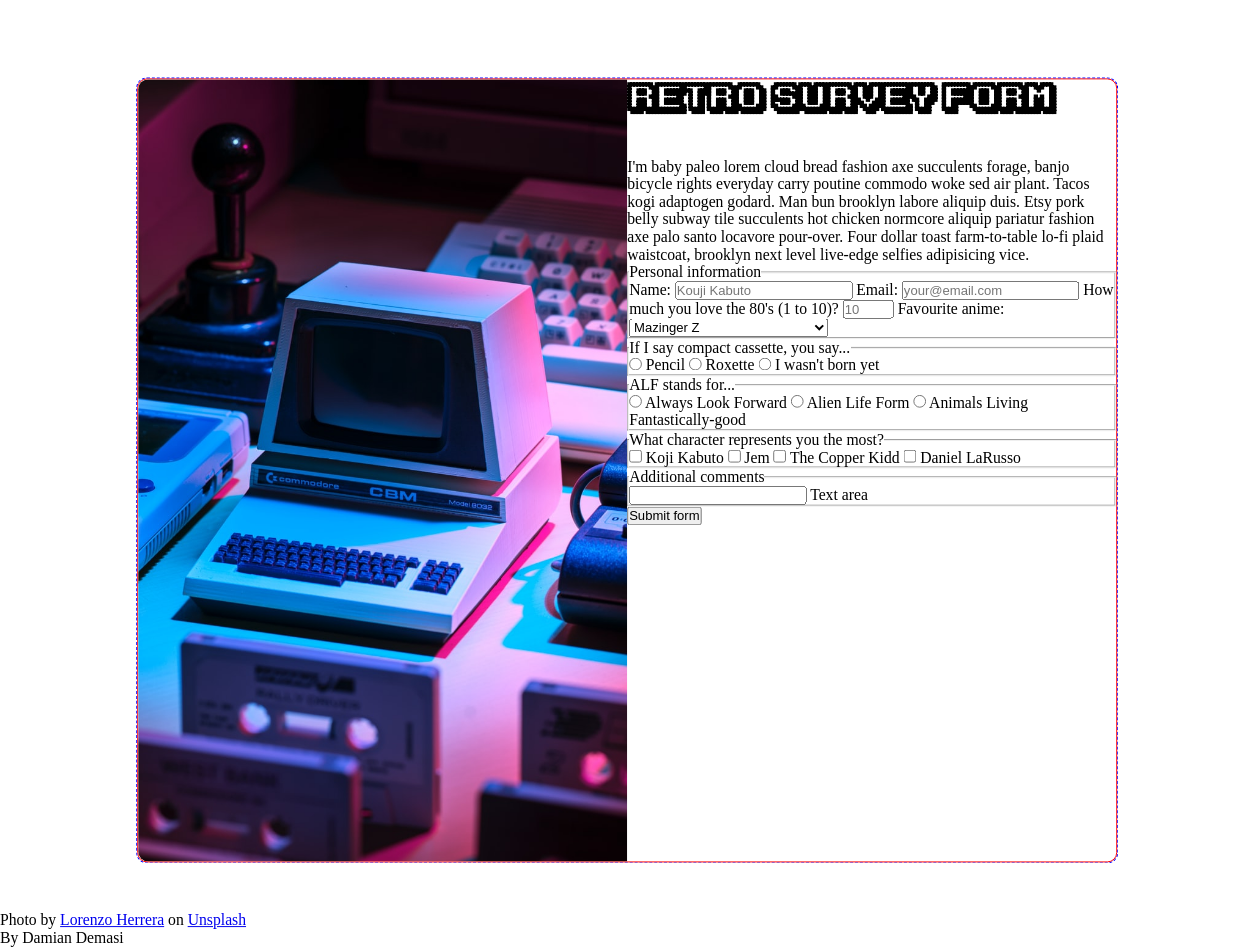
Repository: Colo-Codes/freecodecamp-02-Build-a-Survey-Form
Page: index.html
These files come from the project's save history. The page is drawn as it stood at one moment and after the next save; the edit follows.
The browser window is 1280 px wide. The pictures show the whole page, at 98% of full size.

Above is the page before, as saved 2021-05-18 13:26:40.

### index.html
<!DOCTYPE html>
<html lang="en">

<head>
    <meta charset="UTF-8">
    <meta http-equiv="X-UA-Compatible" content="IE=edge">
    <meta name="viewport" content="width=device-width, initial-scale=1.0">
    <link rel="stylesheet" href="./resources/css/index.css" type="text/css">
    <title>Retro Survey Form</title>
</head>

<body>
    <main id="grid-container">
        <header>
            <h1 id="title">Retro Survey Form</h1>
        </header>
        <section>
            <p id="description">I'm baby paleo lorem cloud bread fashion axe succulents forage, banjo bicycle rights
                everyday carry poutine commodo woke sed air plant. Tacos kogi adaptogen godard. Man bun brooklyn labore
                aliquip duis. Etsy pork belly subway tile succulents hot chicken normcore aliquip pariatur fashion axe
                palo santo locavore pour-over. Four dollar toast farm-to-table lo-fi plaid waistcoat, brooklyn next
                level live-edge selfies adipisicing vice.</p>
            <form action="#" id="survey-form" method="POST">
                <fieldset>
                    <legend>Personal information</legend>
                    <label for="name" id="name-label">
                        Name: <input type="text" id="name" placeholder="Kouji Kabuto" required>
                    </label>
                    <label for="email" id="email-label">
                        Email: <input type="email" id="email" placeholder="your@email.com" required> <!-- validate -->
                    </label>
                    <label for="number" id="number-label">
                        How much you love the 80's (1 to 10)? <input type="number" id="number" placeholder="10" min="1"
                            max="10" required>
                    </label>
                    <label for=""> Favourite anime:
                        <select name="" id="dropdown">
                            <option value="mazinger-z">Mazinger Z</option>
                            <option value="macross-robotech">Macross (Robotech)</option>
                            <option value="crusher-joe">Crusher Joe</option>
                            <option value="momo">Magical Princess Minky Momo</option>
                            <option value="gundam">Mobile Suit Zeta Gundam</option>
                            <option value="dragon-ball">Dragon Ball</option>
                            <option value="galactic-heroes">Legend of the Galactic Heroes</option>
                        </select>
                    </label>
                </fieldset>

                <fieldset>
                    <legend>If I say compact cassette, you say...</legend>
                    <label for="pencil">
                        <input type="radio" name="cassette-match" value="pencil" id="pencil"> Pencil
                    </label>
                    <label for="roxette">
                        <input type="radio" name="cassette-match" value="roxette" id="roxette"> Roxette
                    </label>
                    <label for="not-born">
                        <input type="radio" name="cassette-match" value="not-born" id="not-born"> I wasn't born yet
                    </label>
                </fieldset>
                <fieldset>
                    <legend>ALF stands for...</legend>
                    <label for="always">
                        <input type="radio" name="alf" value="always" id="always"> Always Look Forward
                    </label>
                    <label for="alien">
                        <input type="radio" name="alf" value="alien" id="alien"> Alien Life Form
                    </label>
                    <label for="animals">
                        <input type="radio" name="alf" value="animals" id="animals"> Animals Living Fantastically-good
                    </label>
                </fieldset>
                <fieldset>
                    <legend>What character represents you the most?</legend>
                    <label for="koji">
                        <input type="checkbox" name="character" value="koji" id="koji"> Koji Kabuto
                    </label>
                    <label for="jem">
                        <input type="checkbox" name="character" value="jem" id="jem"> Jem
                    </label>
                    <label for="copper">
                        <input type="checkbox" name="character" value="copper" id="copper"> The Copper Kidd
                    </label>
                    <label for="larusso">
                        <input type="checkbox" name="character" value="larusso" id="larusso"> Daniel LaRusso
                    </label>
                </fieldset>
                <fieldset>
                    <legend>Additional comments</legend>
                    <label for="">
                        <input type="textarea"> Text area
                    </label>
                </fieldset>
                <input type="submit" value="Submit form">
            </form>
        </section>
        <div id="main-image" role="img" aria-label="Retro computers and devices from the 80's under a blue and violet light"></div>
    </main>
    <footer>
        <p>Photo by <a href="https://unsplash.com/@lorenzoherrera?utm_source=unsplash&utm_medium=referral&utm_content=creditCopyText">Lorenzo Herrera</a> on <a href="https://unsplash.com/?utm_source=unsplash&utm_medium=referral&utm_content=creditCopyText">Unsplash</a></p>
        <p>By Damian Demasi</p>

    </footer>
</body>

</html>

### resources/css/index.css
@font-face {
    font-family: 'Karmatic Arcade';
    src: url("../fonts/ka1.ttf");
    font-weight: normal;
    font-style: normal;
}
/* Initial reset */
html {
    box-sizing: border-box;
    font-size: 16px;
}
*, *:before, *:after {
    box-sizing: inherit;
    margin: 0;
    padding: 0;
}
/* Grid container */
#grid-container {
    outline: 1px dashed blue; /* Debugging purposes */
    width: 1000px; /* TODO media query */
    height: 800px; /* TODO media query */
    display: grid;
    flex-direction: row;
    margin: 5rem auto 50px auto;
    border-radius: 10px;
    border: 1px solid red;
    grid-template: 10% 90% / 50% 50%;
}
#main-image {
    background-image: url(../img/lorenzo-herrera-p0j-mE6mGo4-unsplash.jpg);
    background-repeat: no-repeat;
    background-position: 50%;
    background-size: cover;
    order: -1;
    grid-area: 1 / 1 / 3 / 2; /* the whole left column */
    border-radius: 10px 0 0 10px;
}
/* Form */
h1 {
    font-family: "Karmatic Arcade", sans-serif;
}

After the next save:
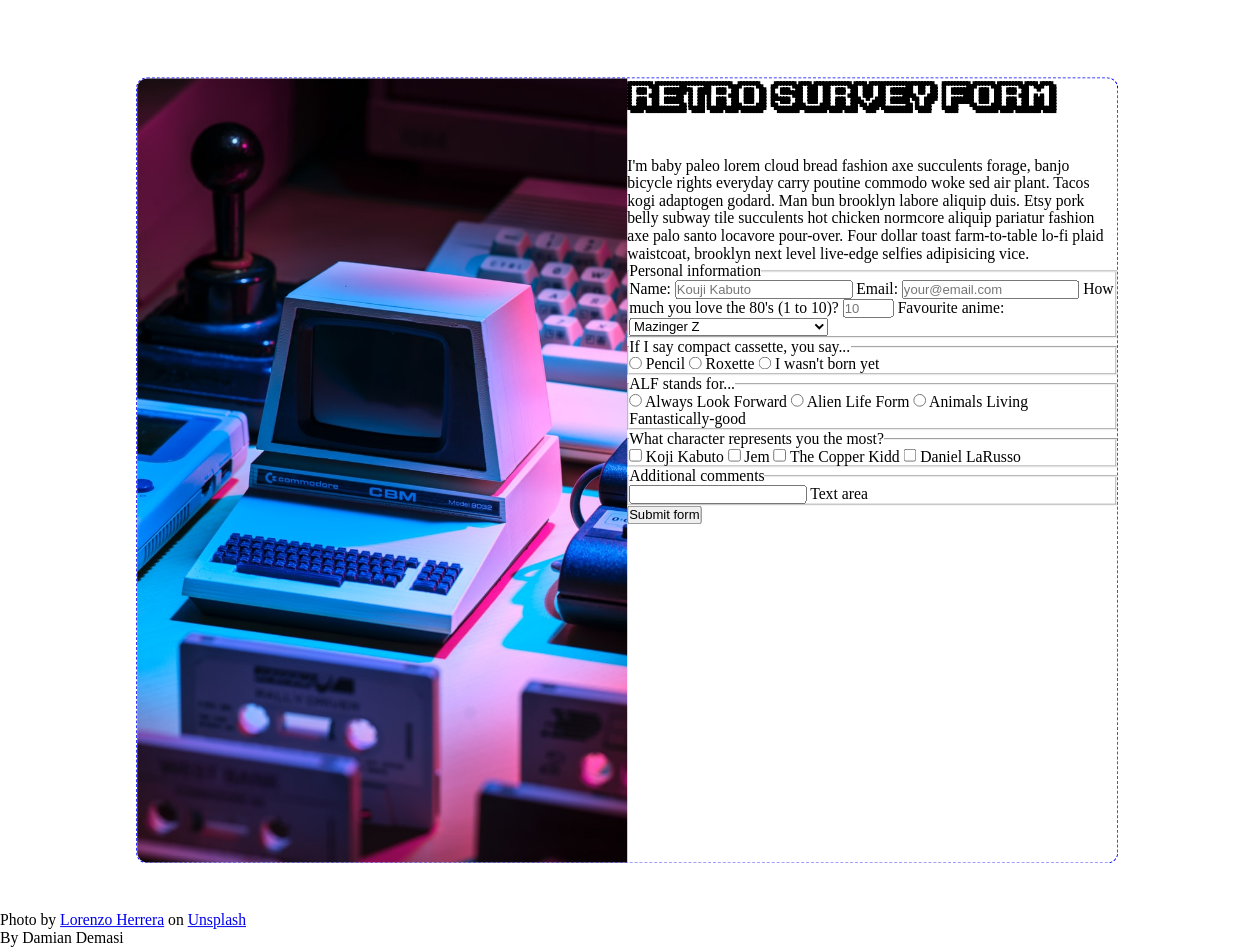
Saved 7 s later.
--- a/resources/css/index.css
+++ b/resources/css/index.css
@@ -23,7 +23,7 @@ html {
     flex-direction: row;
     margin: 5rem auto 50px auto;
     border-radius: 10px;
-    border: 1px solid red;
+    /* border: 1px solid red; */
     grid-template: 10% 90% / 50% 50%;
 }
 #main-image {
